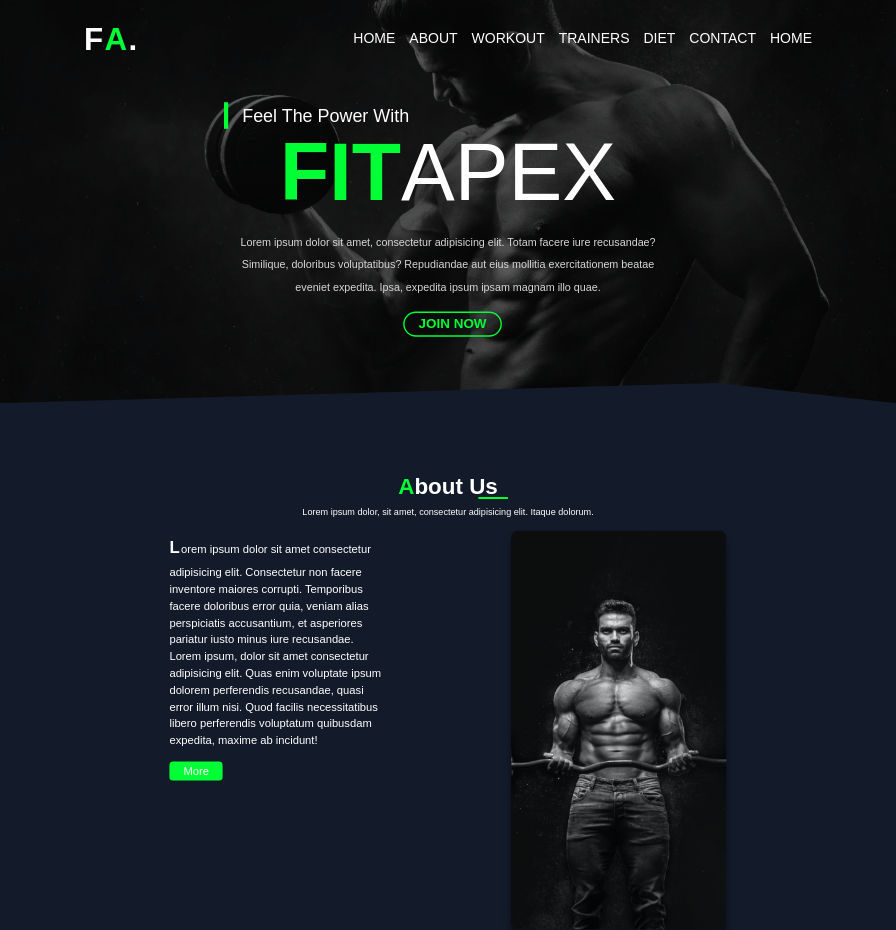
Repository: guilhermecardoso93/fitapex
Page: index.html
An editor plug-in stored every save of this project. The page is shown before and after the next save, followed by the edit.
The browser window is 1280 px wide. The pictures show the whole page, at 70% of full size.

Above is the page before, as saved 2023-03-07 20:14:14.

After the next save:
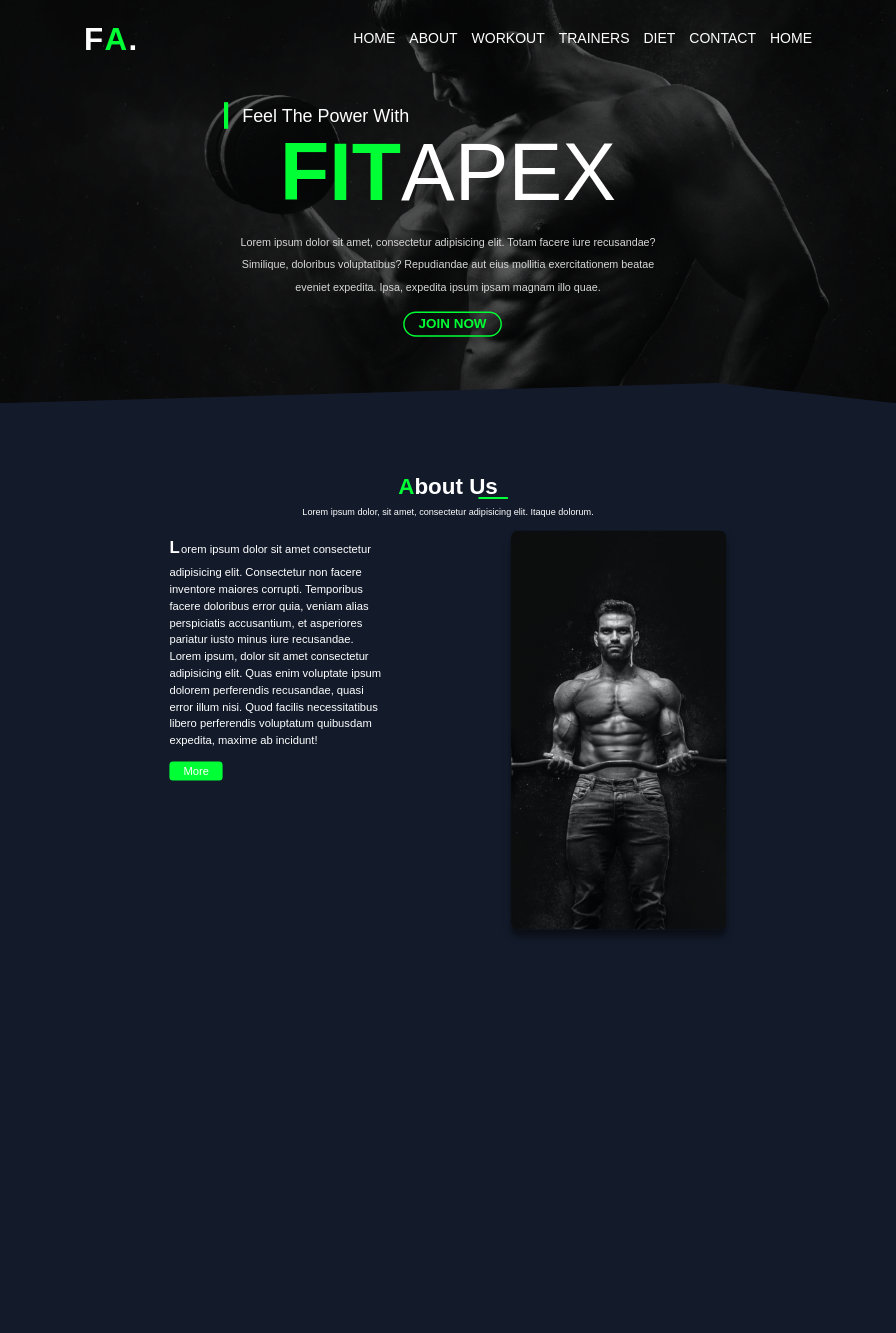
Saved 60 s later.
--- a/index.html
+++ b/index.html
@@ -38,6 +38,7 @@
         </li>
       </ol>
     </div>
+
     <section id="home" class="home view">
       <div class="highlights">
         <h3>feel the power with</h3>
@@ -67,5 +68,9 @@
         </div>
       </div>
     </section>
+
+    <section id="workout" class="workout view">
+
+    </section>
   </body>
 </html>
